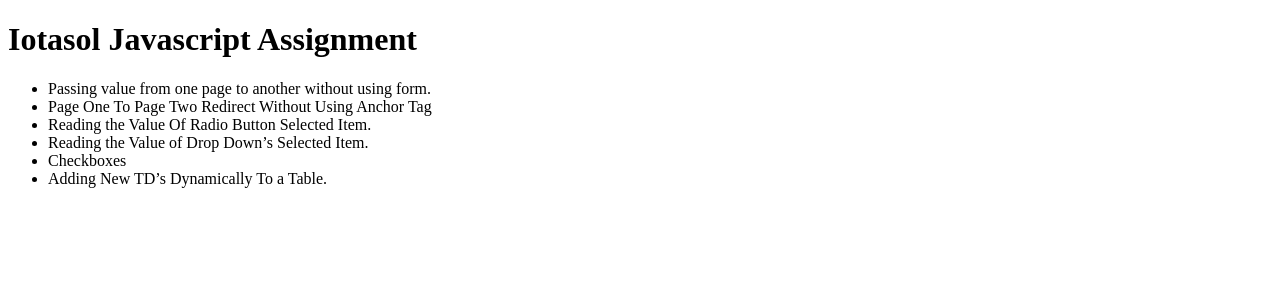
Repository: ishanbassi/iotasol-assignments
Page: /
These files come from the project's save history. The page is drawn as it stood at one moment and after the next save; the edit follows.
The browser window is 1280 px wide. The pictures show the whole page.
The project was rebuilt for these pictures with package versions that can differ from the ones it lists, and the page was loaded fresh each time. The framework's server and built-in components were replaced by stand-ins that run in the browser.

Above is the page before, as saved 2022-11-07 14:04:16.

After the next save:
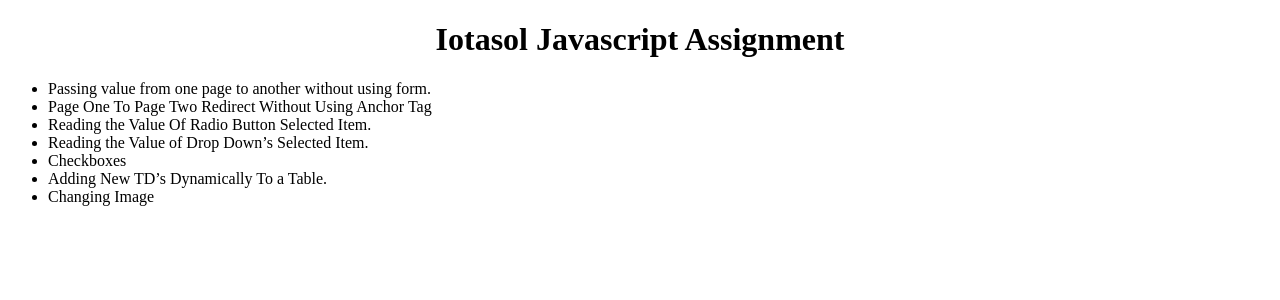
Saved 2 s later.
--- a/pages/index.tsx
+++ b/pages/index.tsx
@@ -1,7 +1,8 @@
+import styles from '../styles/home.module.css'
 export default function Home() {
   return(
     <>
-      <header>
+      <header className={styles.header}>
         <h1>Iotasol Javascript Assignment</h1>
       </header>
 
@@ -24,6 +25,9 @@ export default function Home() {
         <li>
           <a>Adding New TD’s Dynamically To a Table.</a>
         </li>
+        <li>
+          <a>Changing Image</a>
+        </li>
       </ul>
     </>
 
